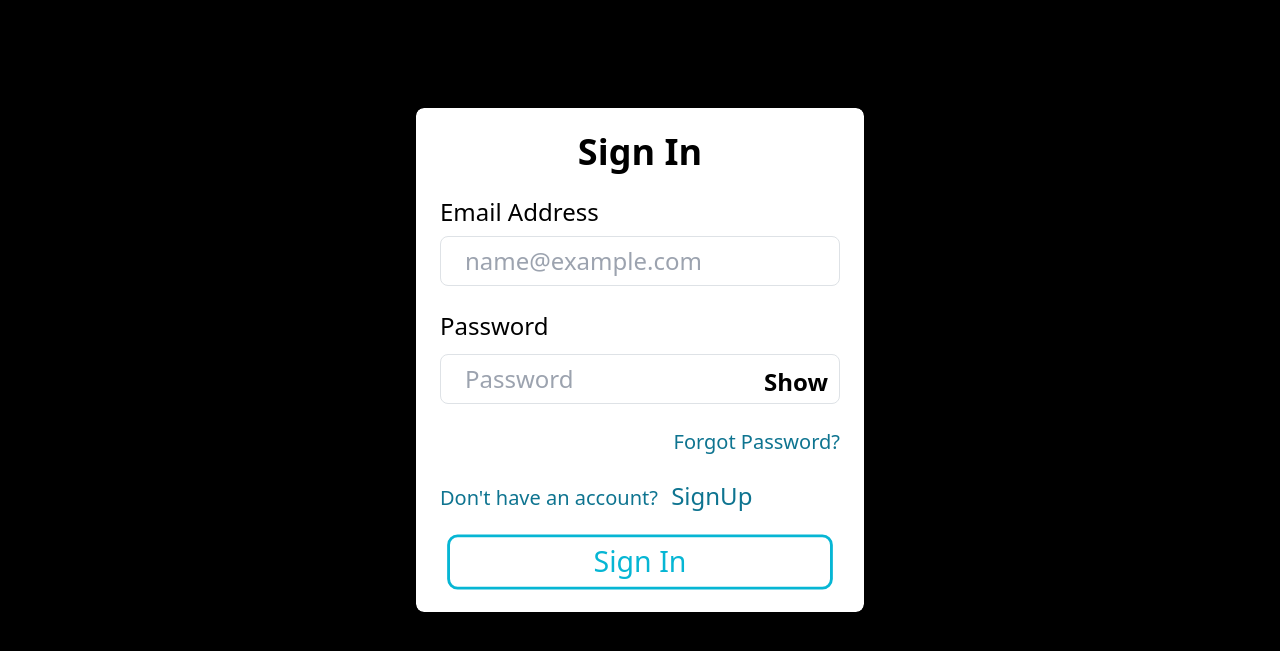
Repository: sayyad-mukthumsa-123/Movie-Verse
Page: /login (app in frontend/)
The author's editor kept a copy of each file at every save. The page is drawn from the files as they stood at one save, then again after the next save.
The browser window is 1280 px wide. The pictures show the whole page.
The page's requests for data from a server got no answer. The project was rebuilt for these pictures with package versions that can differ from the ones it lists, and the page was loaded fresh each time. No one was signed in, and anything a server would have sent is missing. Also part of the build but not shown: frontend/src/pages/Welcome.jsx, frontend/src/components/Logout.jsx, frontend/src/components/Navbar.jsx, frontend/src/components/Cards.jsx, frontend/src/pages/Home.jsx, frontend/src/components/AvatarSelection.jsx, frontend/src/pages/SignUp.jsx, frontend/src/pages/MovieRecommendations.jsx and 17 more.

Above is the page before, as saved 2025-02-18 22:37:37.

### frontend/public/index.html
<!DOCTYPE html>
<html lang="en">

<head>
  <meta charset="utf-8" />
  <link rel="icon" href="%PUBLIC_URL%/favicon.ico" />
  <meta name="viewport" content="width=device-width, initial-scale=1" />
  <meta name="theme-color" content="#000000" />
  <meta name="description" content="Web site created using create-react-app" />
  <link rel="apple-touch-icon" href="%PUBLIC_URL%/logo192.png" />
  <!--
      manifest.json provides metadata used when your web app is installed on a
      user's mobile device or desktop. See https://developers.google.com/web/fundamentals/web-app-manifest/
    -->
  <link rel="manifest" href="%PUBLIC_URL%/manifest.json" />
  <link rel="stylesheet" href="https://cdn.jsdelivr.net/npm/bootstrap@5.3.2/dist/css/bootstrap.min.css"
    integrity="sha384-T3c6CoIi6uLrA9TneNEoa7RxnatzjcDSCmG1MXxSR1GAsXEV/Dwwykc2MPK8M2HN" crossorigin="anonymous" />
  <!--
      Notice the use of %PUBLIC_URL% in the tags above.
      It will be replaced with the URL of the `public` folder during the build.
      Only files inside the `public` folder can be referenced from the HTML.

      Unlike "/favicon.ico" or "favicon.ico", "%PUBLIC_URL%/favicon.ico" will
      work correctly both with client-side routing and a non-root public URL.
      Learn how to configure a non-root public URL by running `npm run build`.
    -->
  <title>MovieVerse</title>
</head>

<body>
  <noscript>You need to enable JavaScript to run this app.</noscript>
  <div id="root"></div>
  <!--
      This HTML file is a template.
      If you open it directly in the browser, you will see an empty page.

      You can add webfonts, meta tags, or analytics to this file.
      The build step will place the bundled scripts into the <body> tag.

      To begin the development, run `npm start` or `yarn start`.
      To create a production bundle, use `npm run build` or `yarn build`.
    -->
</body>

</html>

### frontend/src/index.css
/* body {
  margin: 0;
  font-family: -apple-system, BlinkMacSystemFont, 'Segoe UI', 'Roboto', 'Oxygen',
    'Ubuntu', 'Cantarell', 'Fira Sans', 'Droid Sans', 'Helvetica Neue',
    sans-serif;
  -webkit-font-smoothing: antialiased;
  -moz-osx-font-smoothing: grayscale;
}

code {
  font-family: source-code-pro, Menlo, Monaco, Consolas, 'Courier New',
    monospace;
} */


/* @tailwind base;
@tailwind components;
@tailwind utilities; */


/* @import "tailwindcss/base";
@import "tailwindcss/components";
@import "tailwindcss/utilities"; */


/* src/index.css */
@tailwind base;
@tailwind components;
@tailwind utilities;

### frontend/src/App.js
import { BrowserRouter, Route, Routes } from "react-router-dom";
import Welcome from "./pages/Welcome";
import Home from "./pages/Home";
import SignIn from "./pages/SignIn";
import SignUp from "./pages/SignUp";
import Details from "./pages/MovieDetail";
import MovieSearch from "./pages/MovieSearch";
import PopularMovies from "./pages/PopularMovies";
import TrendingMovies from "./pages/TrendingMovies";
import DirectorSearch from "./pages/DirectorSearch";
import HeroSearch from "./pages/HeroSearch";
import HeroineSearch from "./pages/HeroineSearch";
import Search from "./pages/Search";
import GenreSearch from "./pages/GenreSearch";
import LangSearch from "./pages/LangSearch";
import ProtectedRoute from "./components/ProtectedRoute"; // Import ProtectedRoute
import ProfilePage from "./pages/ProfilePage"; // ProfilePage component
import UpdateProfile from "./pages/UpdateProfile";
import ResetPassword from "./components/ResetPassword";
import ReviewRating from "./pages/ReviewRating";
import ContactUs from "./pages/ContactUs";
import MovieDetail from "./pages/MovieDetail";


const App = () => {
  return (
    <div className="App">

      <BrowserRouter>
        <Routes>

          <Route path="/" element={<Welcome />} />
          <Route path="/register" element={<SignUp />} />
          <Route path="/login" element={<SignIn />} />


          <Route
            path="/home_login"
            element={
              <ProtectedRoute>
                <Home />
              </ProtectedRoute>
            }
          />
          <Route
            path="/details"
            element={
              <ProtectedRoute>
                <Details />
              </ProtectedRoute>
            }
          />
          <Route
            path="/popular"
            element={
              <ProtectedRoute>
                <PopularMovies />
              </ProtectedRoute>
            }
          />
          <Route
            path="/trending"
            element={
              <ProtectedRoute>
                <TrendingMovies />
              </ProtectedRoute>
            }
          />
          <Route
            path="/search/movie"
            element={
              <ProtectedRoute>
                <MovieSearch />
              </ProtectedRoute>
            }
          />
          <Route
            path="/search/director"
            element={
              <ProtectedRoute>
                <DirectorSearch />
              </ProtectedRoute>
            }
          />
          <Route
            path="/search/hero"
            element={
              <ProtectedRoute>
                <HeroSearch />
              </ProtectedRoute>
            }
          />
          <Route
            path="/search/heroine"
            element={
              <ProtectedRoute>
                <HeroineSearch />
              </ProtectedRoute>
            }
          />
          <Route
            path="/search/genre"
            element={
              <ProtectedRoute>
                <GenreSearch />
              </ProtectedRoute>
            }
          />
          <Route
            path="/search/lang"
            element={
              <ProtectedRoute>
                <LangSearch />
              </ProtectedRoute>
            }
          />
          <Route
            path="/search"
            element={
              <ProtectedRoute>
                <Search />
              </ProtectedRoute>
            }
          />
          <Route
            path="/movie/:id"
            element={
              <ProtectedRoute>
                <Details />
              </ProtectedRoute>
            }
          />
          <Route path="api/profile/:email" element={
            <ProtectedRoute>
              <ProfilePage />
            </ProtectedRoute>}
          />
          <Route path="/update-profile/:email" element={
            <ProtectedRoute>
              <UpdateProfile />
            </ProtectedRoute>}
          />
          <Route path="/profile/:email" element={
            <ProtectedRoute><ProfilePage />
            </ProtectedRoute>} />
          <Route path="/reset-password/:email" element={

            <ResetPassword />

          }
          />


          {/* Movie review and rating route */}

          <Route path="/movie/:movieId/review-rating" element={
            <ProtectedRoute><ReviewRating />
            </ProtectedRoute>} />



          <Route path="/contact" element={
            <ProtectedRoute><ContactUs />
            </ProtectedRoute>} />

        </Routes>

      </BrowserRouter>
    </div>
  );
};

export default App;

### frontend/src/pages/SignIn.jsx
import React, { useEffect, useState } from "react";
import { Link, useNavigate } from "react-router-dom";
import { ToastContainer, toast } from "react-toastify";
import "react-toastify/dist/ReactToastify.css";

const SignIn = () => {
  const [email, setEmail] = useState("");
  const [password, setPassword] = useState("");
  const [passwordVisible, setPasswordVisible] = useState(false);
  const navigate = useNavigate();

  useEffect(() => {
    const token = localStorage.getItem("token");
    if (token) {
      navigate("/home_login"); // Redirect if already logged in
    }
  }, [navigate]);

  const togglePasswordVisibility = () => {
    setPasswordVisible(!passwordVisible);
  };

  const handleSubmit = async (event) => {
    event.preventDefault();

    if (!email || !password) {
      toast.error("Please fill in all fields.");
      return;
    }

    if (!/\S+@\S+\.\S+/.test(email)) {
      toast.error("Please provide a valid email.");
      return;
    }

    try {
      const response = await fetch("http://localhost:5000/login", {
        method: "POST",
        headers: {
          "Content-Type": "application/json",
        },
        body: JSON.stringify({ Email: email, Password: password }),
      });

      const data = await response.json();

      if (response.ok) {
        localStorage.setItem("token", data.token);
        localStorage.setItem("email", email); // Store email after successful sign-in
        toast.success("Sign in successful!");
        setTimeout(() => {
          navigate("/home_login");
        }, 2000);

      } else {
        toast.error(data.msg || "Invalid email or password.");
      }
    } catch (error) {
      toast.error("An error occurred. Please try again later.");
      console.error("Error:", error);
    }
  };

  const handleForgotPassword = () => {
    if (!email) {
      toast.error("Please enter your email to reset the password.");
      return;
    }
    navigate(`/reset-password/${email}`);
  };

  return (
    <div className="flex items-center justify-center min-h-screen bg-black">
      <div className="w-full max-w-md bg-white  outline text-black rounded-lg shadow-md p-6">
        <h1 className="text-4xl font-bold  text-center mb-6">Sign In</h1>
        <form onSubmit={handleSubmit}>
          <div className="mb-4">
            <label htmlFor="email" className="block text-2xl mb-2 font-medium ">
              Email Address
            </label>
            <input
              type="email"
              id="email"
              className="w-full px-4 py-2 text-black border rounded-lg focus:outline-none focus:ring focus:ring-cyan-800 text-2xl"
              placeholder="name@example.com"
              value={email}
              onChange={(e) => setEmail(e.target.value)}
            />
          </div>
          <div className="mb-4 relative">
            <label htmlFor="password" className="block  mb-2 font-medium  text-2xl">
              Password
            </label>
            <input
              type={passwordVisible ? "text" : "password"}
              id="password"
              className="mt-1 w-full px-4 py-2 text-black border rounded-lg focus:outline-none focus:ring focus:ring-cyan-800 text-2xl"
              placeholder="Password"
              value={password}
              onChange={(e) => setPassword(e.target.value)}
            />
            <button
              type="button"
              className="absolute text-black top-14 right-3 text-2xl font-semibold  focus:outline-none"
              onClick={togglePasswordVisibility}
            >
              {passwordVisible ? "Hide" : "Show"}
            </button>
          </div>
          <div className="text-sm text-right mb-4">
            <button
              type="button"
              className="text-cyan-700 text-xl hover:underline focus:outline-none hover:scale-105 transition-transform"
              onClick={handleForgotPassword}
            >
              Forgot Password?
            </button>
          </div>
          <div className="text-xl mb-4 text-cyan-700">
            Don't have an account?{" "}
            <Link to="/register" className="inline-block mx-2 text-cyan-700 hover:underline hover:scale-105 transition-transform text-2xl">
              SignUp
            </Link>
          </div>
          <button
            type="submit"
            className="w-full scale-95 bg-white text-3xl text-cyan-500 outline py-2 px-4 rounded-lg hover:bg-cyan-700  hover:outline focus:outline-none hover:scale-100 transition-transform"
          >
            Sign In
          </button>
        </form>
      </div>
      <ToastContainer />
    </div>
  );
};

export default SignIn;

### frontend/tailwind.config.js
module.exports = {
  content: [
    "./src/**/*.{js,jsx,ts,tsx}", // Include all source files in the frontend
  ],
  theme: {
    extend: {},
  },
  plugins: [],
};

Loaded but not shown: frontend/src/index.js (common file); frontend/src/reportWebVitals.js (common file)

After the next save:
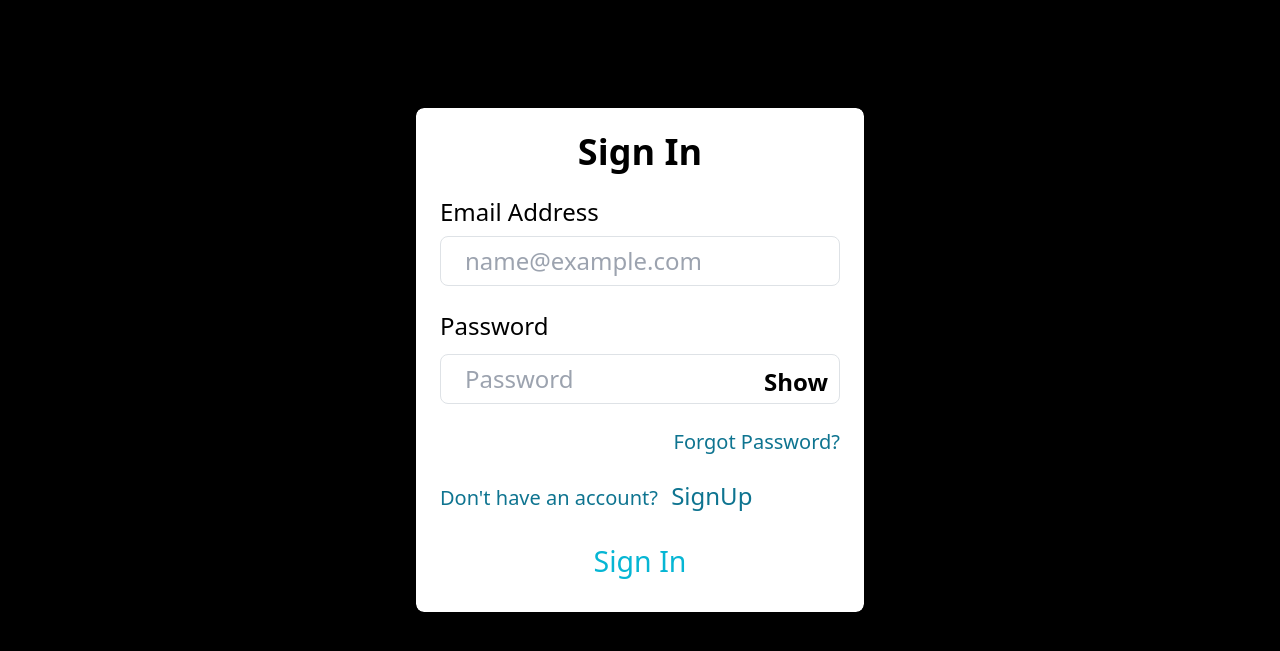
Saved 77 s later.
--- a/frontend/src/pages/SignIn.jsx
+++ b/frontend/src/pages/SignIn.jsx
@@ -124,7 +124,9 @@
           </div>
           <button
             type="submit"
-            className="w-full scale-95 bg-white text-3xl text-cyan-500 outline py-2 px-4 rounded-lg hover:bg-cyan-700  hover:outline focus:outline-none hover:scale-100 transition-transform"
+            //className="w-full scale-95 bg-white text-3xl text-cyan-500 outline py-2 px-4 rounded-lg hover:bg-cyan-700  hover:outline focus:outline-none hover:scale-100 transition-transform"
+            className="w-full scale-95 bg-white text-3xl text-cyan-500 py-2 px-4 rounded-lg hover:bg-cyan-700 hover:scale-100 transition-transform outline-none focus:outline-none"
+
           >
             Sign In
           </button>

After the save that followed:
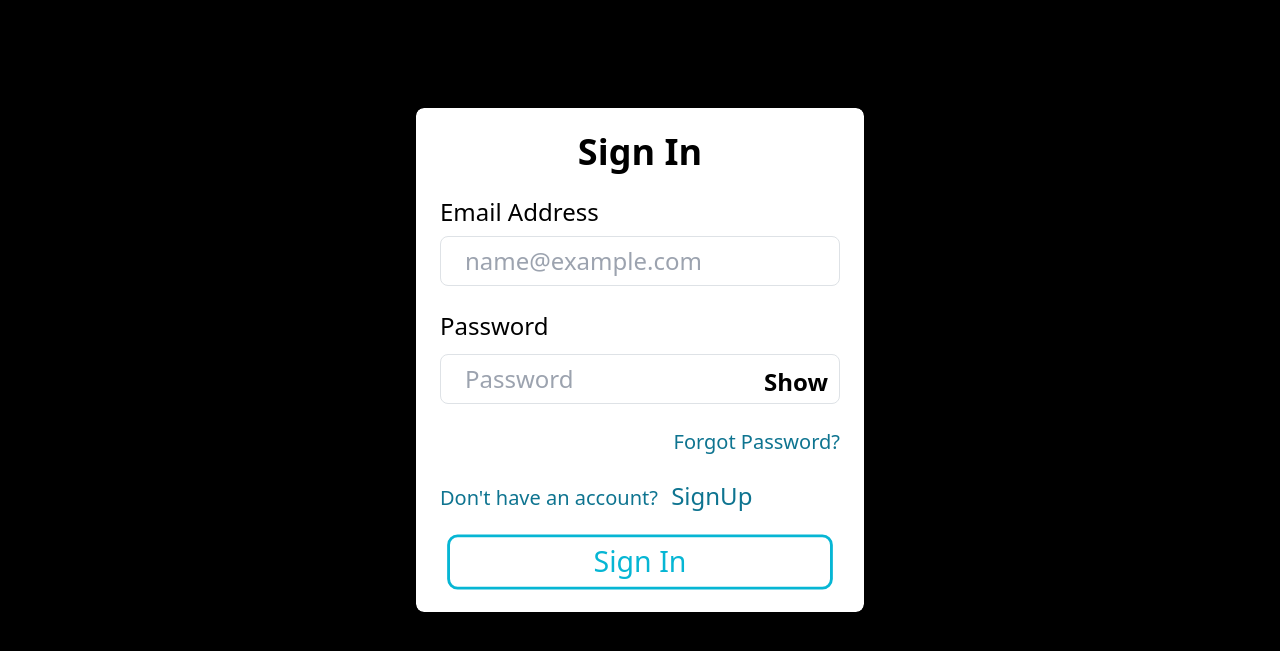
Saved 18 s later.
--- a/frontend/src/pages/SignIn.jsx
+++ b/frontend/src/pages/SignIn.jsx
@@ -125,7 +125,7 @@
           <button
             type="submit"
             //className="w-full scale-95 bg-white text-3xl text-cyan-500 outline py-2 px-4 rounded-lg hover:bg-cyan-700  hover:outline focus:outline-none hover:scale-100 transition-transform"
-            className="w-full scale-95 bg-white text-3xl text-cyan-500 py-2 px-4 rounded-lg hover:bg-cyan-700 hover:scale-100 transition-transform outline-none focus:outline-none"
+            className="w-full scale-95 bg-white text-3xl text-cyan-500 py-2 px-4 rounded-lg hover:bg-cyan-700 hover:scale-100 transition-transform outline focus:outline-none"
 
           >
             Sign In
